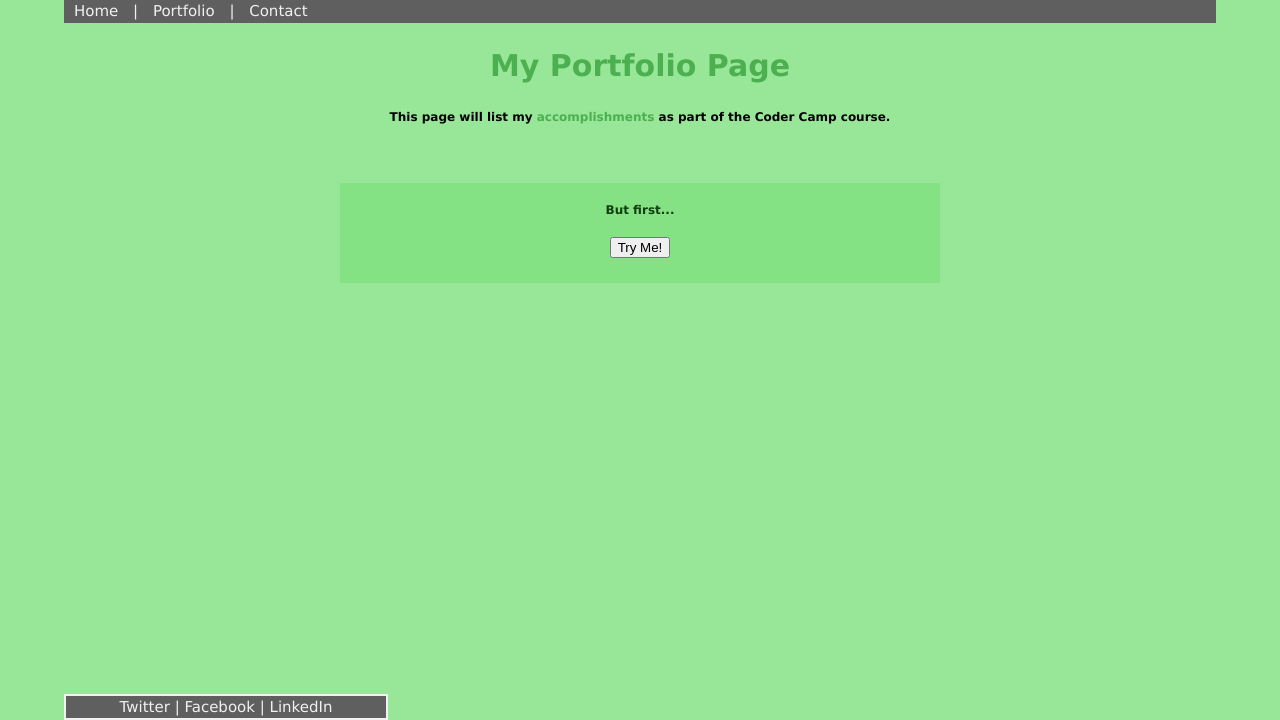
Repository: ischicagoisnotchicago/is-chicago
Page: http://localhost/CC_Personal_Website/portfolio.html
These files come from the project's save history. The page is drawn as it stood at one moment and after the next save; the edit follows.
The browser window is 1280 px wide. The pictures show the whole page.
The page is served by Tomcat 9.

Above is the page before, as saved 2017-05-25 22:56:28.

After the next save:
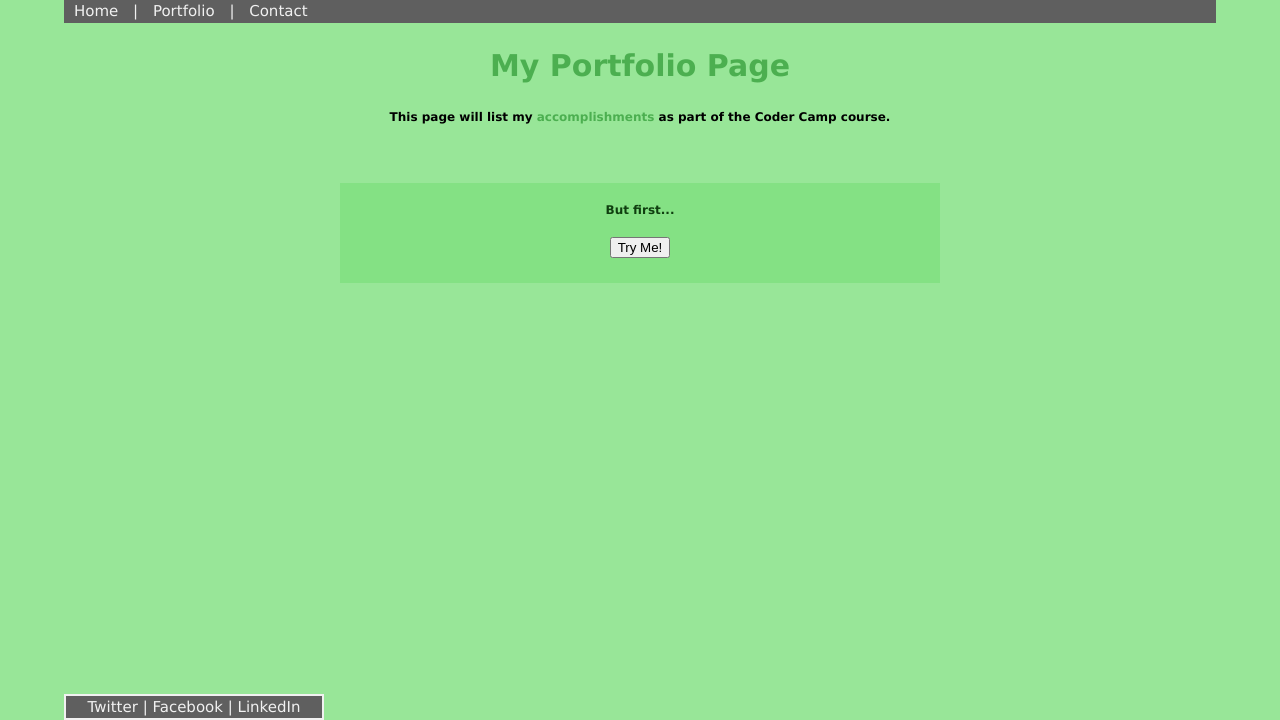
Saved 8 min 13 s later.
--- a/CC Personal Website/WebContent/style.css
+++ b/CC Personal Website/WebContent/style.css
@@ -224,7 +224,7 @@ dd {
 footer {
   position: fixed;
   bottom: 0;
-  width: 25%;
+  width: 20%;
   color: #f1f1f1;
   background-color: #5f5f5f;
   border: 2px solid #f1f1f1;
